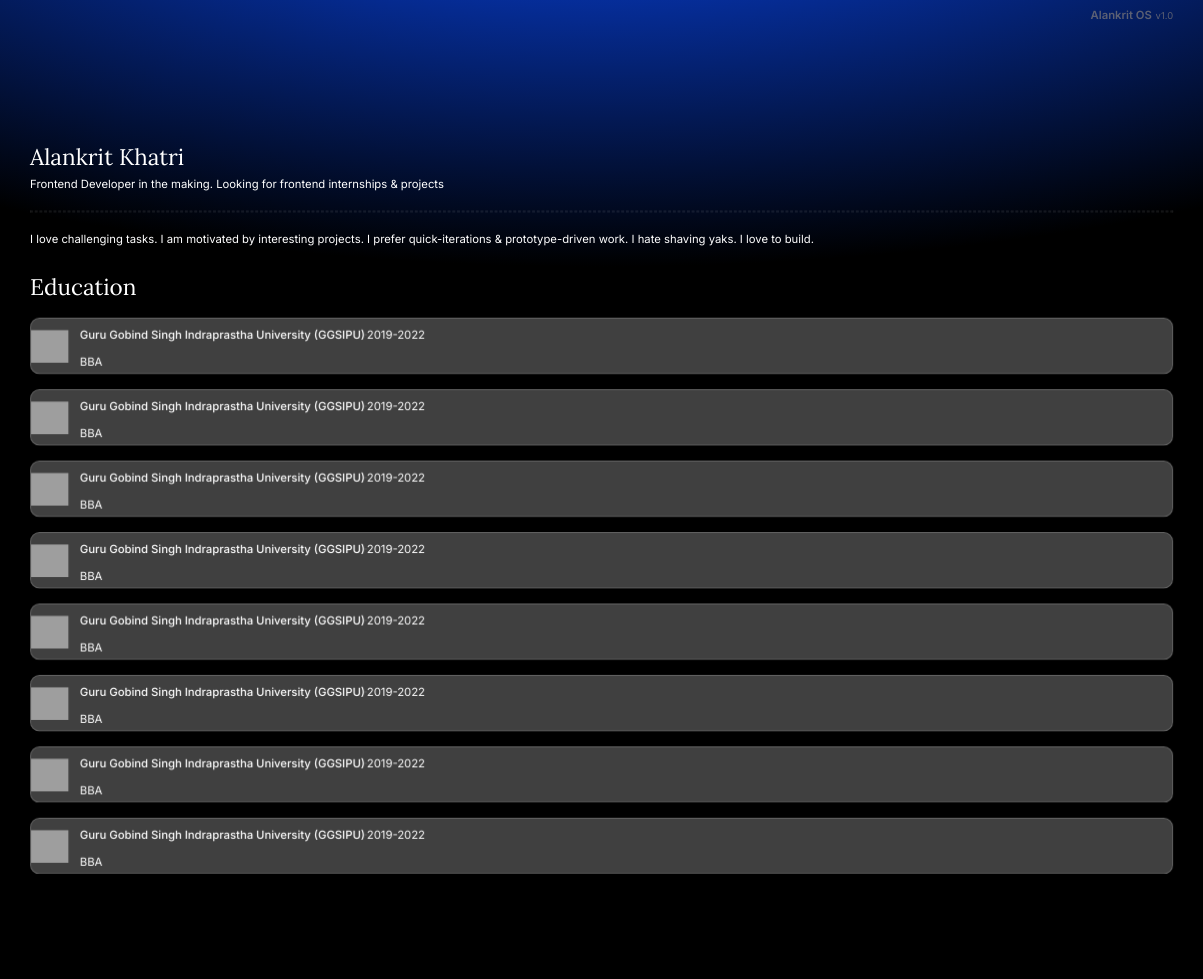
Repository: alankritkhatri/alankrit.xyz
Page: /
The author's editor kept a copy of each file at every save. The page is drawn from the files as they stood at one save, then again after a run of saves.
The browser window is 1280 px wide. The pictures show the whole page, at 94% of full size.
Pictures or frames that could not be fetched are drawn as grey boxes. The project was rebuilt for these pictures with package versions that can differ from the ones it lists, and the page was loaded fresh each time. Also part of the build but not shown: vite.config.js, src/blog.jsx.

Above is the page before, as saved 2024-08-11 21:04:59.

After the next 8 saves:
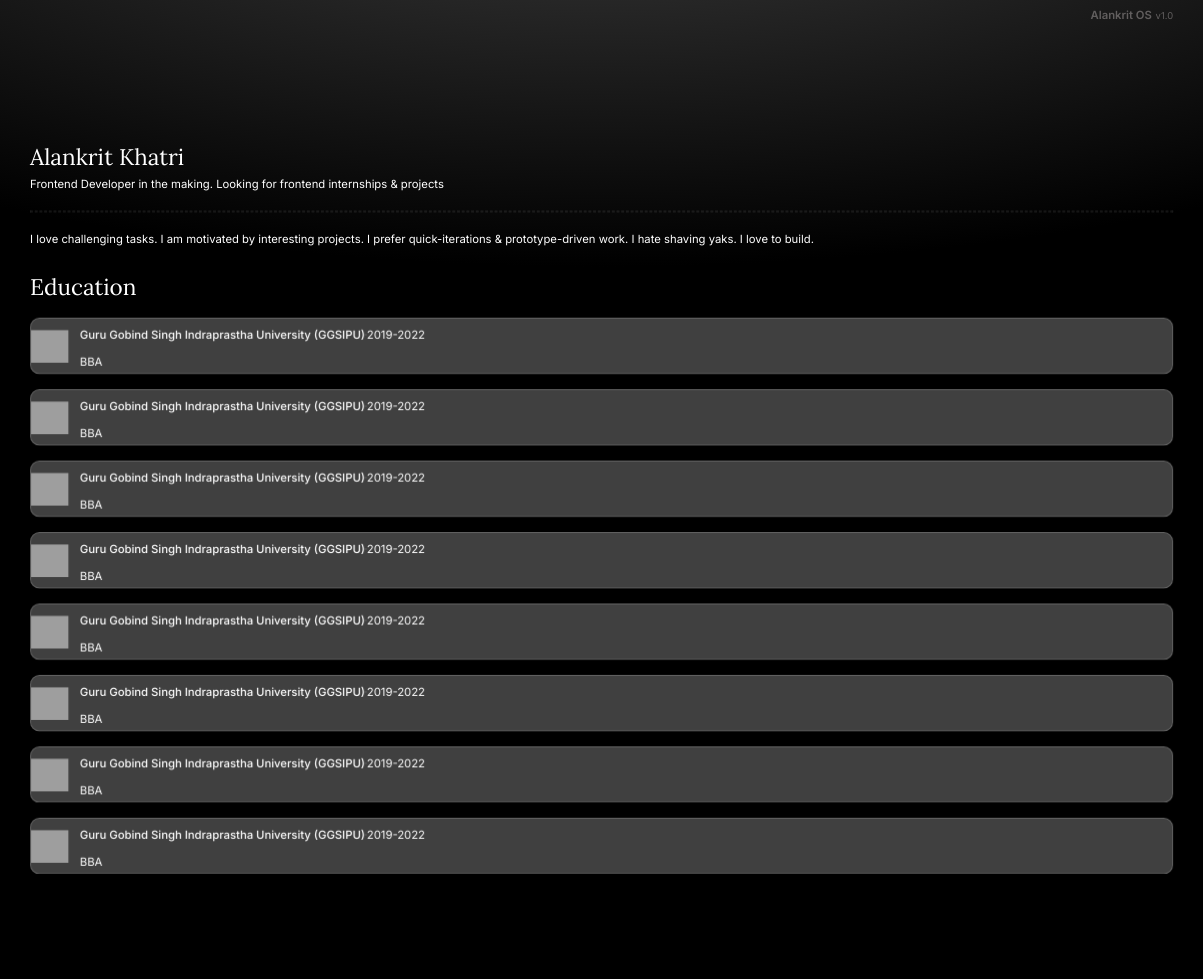
The 8 saves are shown as one change because they came seconds apart.
The last was saved 12 s later.
--- a/src/App.css
+++ b/src/App.css
@@ -7,7 +7,7 @@
 
 body,html{
   min-height: 100vh;
-background: radial-gradient(100% 50% at 50% -20%, #094bff, #000000);
+background: radial-gradient(100% 50% at 50% -20%, #404040, #000000);
 
 }
 .main {
